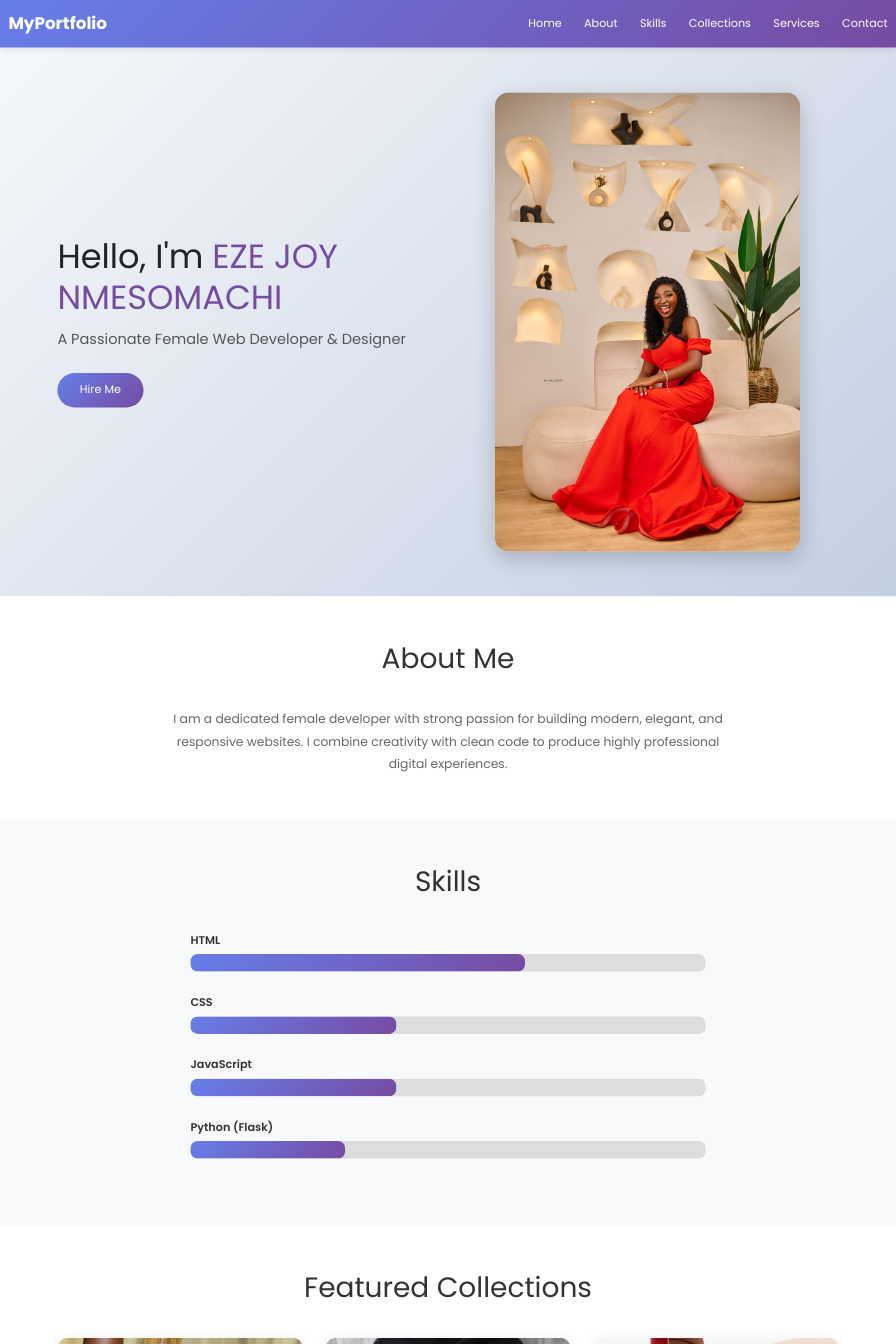
Repository: goldodera/GNT-411-CODE
Page: index.html
An editor plug-in stored every save of this project. The page is shown before and after the next save, followed by the edit.
The browser window is 1280 px wide. The pictures show the part of the page from y = 0 to 1920 px (the page is 3732 px tall before and 3631 px after), at 70% of full size.

Above is the page before, as saved 2025-12-06 15:46:21.

After the next save:
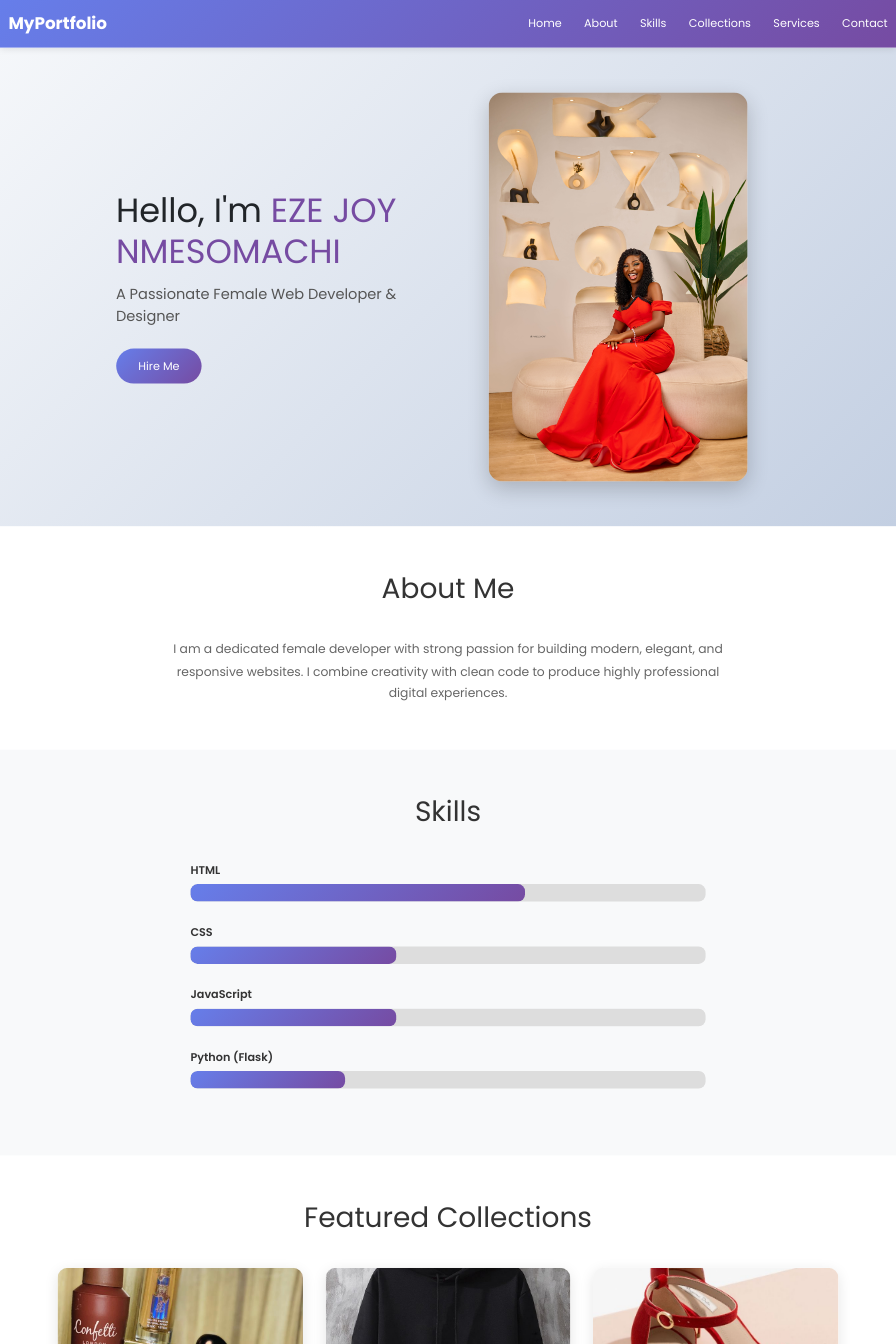
Saved 91 s later.
--- a/style.css
+++ b/style.css
@@ -75,7 +75,7 @@
 }
 
 .hero .container {
-    width: 100%;
+    width: 80%;
 }
 
 .hero .row {

After the save that followed:
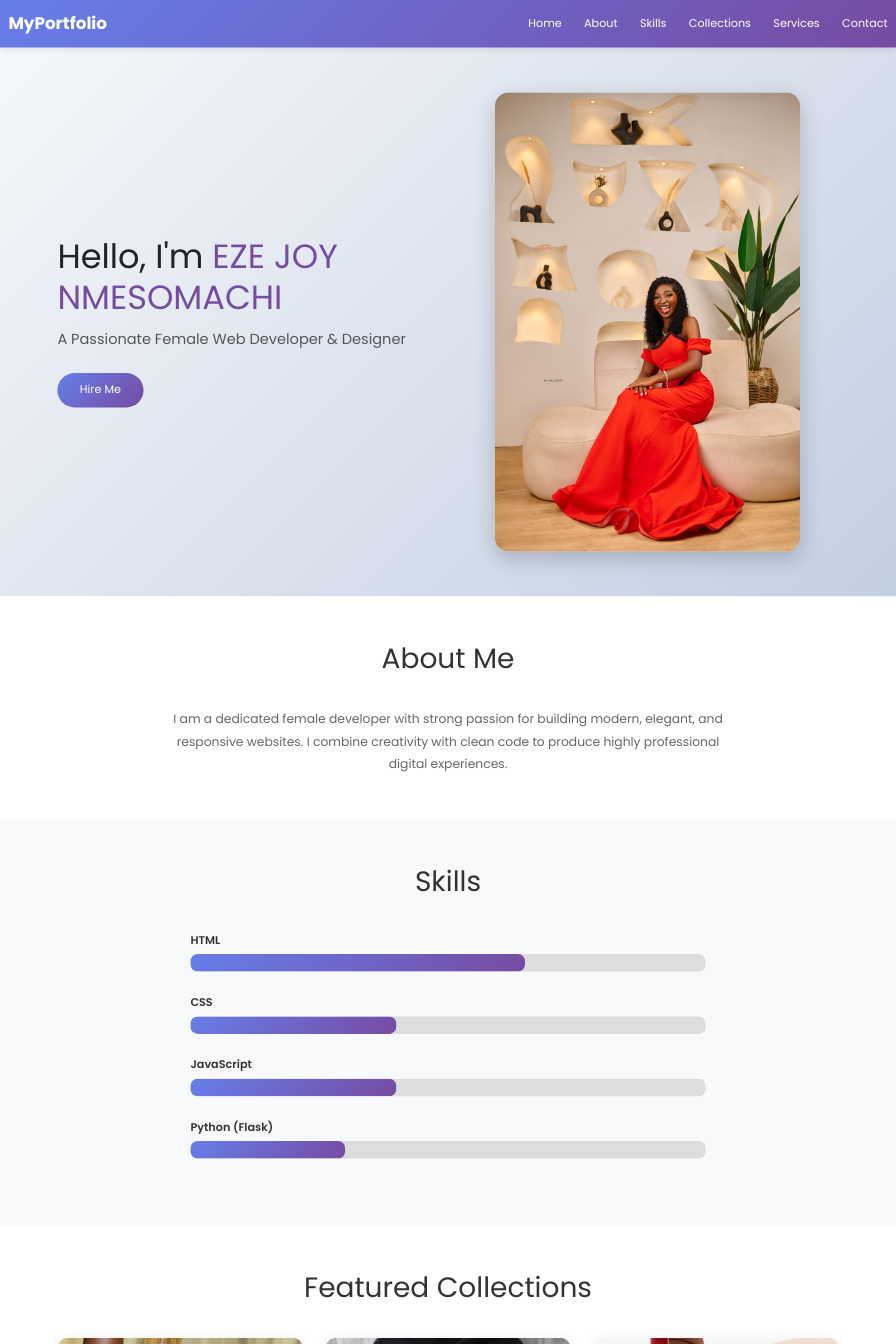
Saved 9 s later.
--- a/style.css
+++ b/style.css
@@ -75,7 +75,7 @@
 }
 
 .hero .container {
-    width: 80%;
+    width: 100%;
 }
 
 .hero .row {
